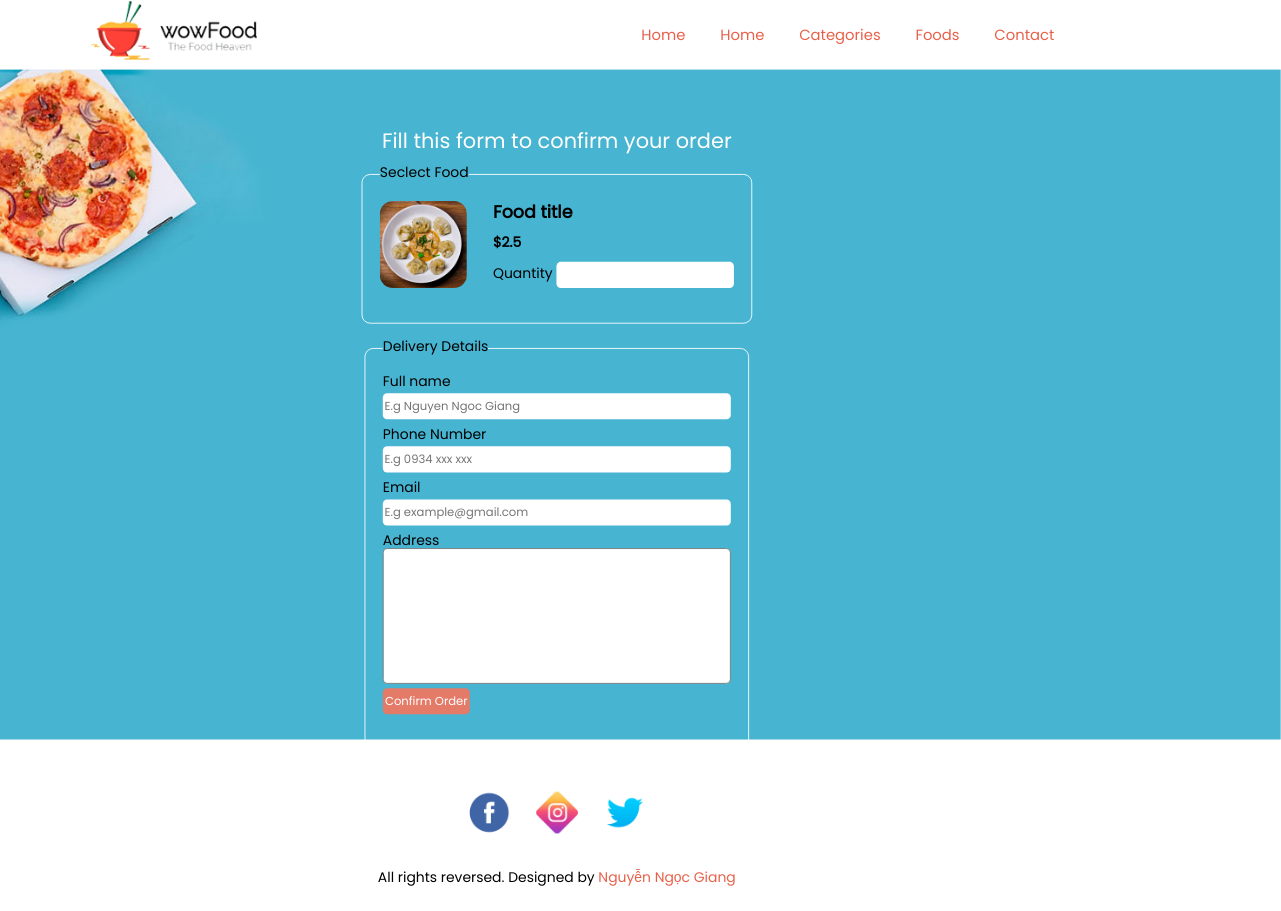
Repository: ruaruababa/WowFood
Page: order.html
These files come from the project's save history. The page is drawn as it stood at one moment and after a run of saves; the edit follows.
The browser window is 1280 px wide. The page is 1472 px wide, so the pictures cover 1472 px, including what lies to the right of the window. The pictures show the whole page, at 87% of full size.

Above is the page before, as saved 2021-09-19 22:55:07.

After the next 4 saves:
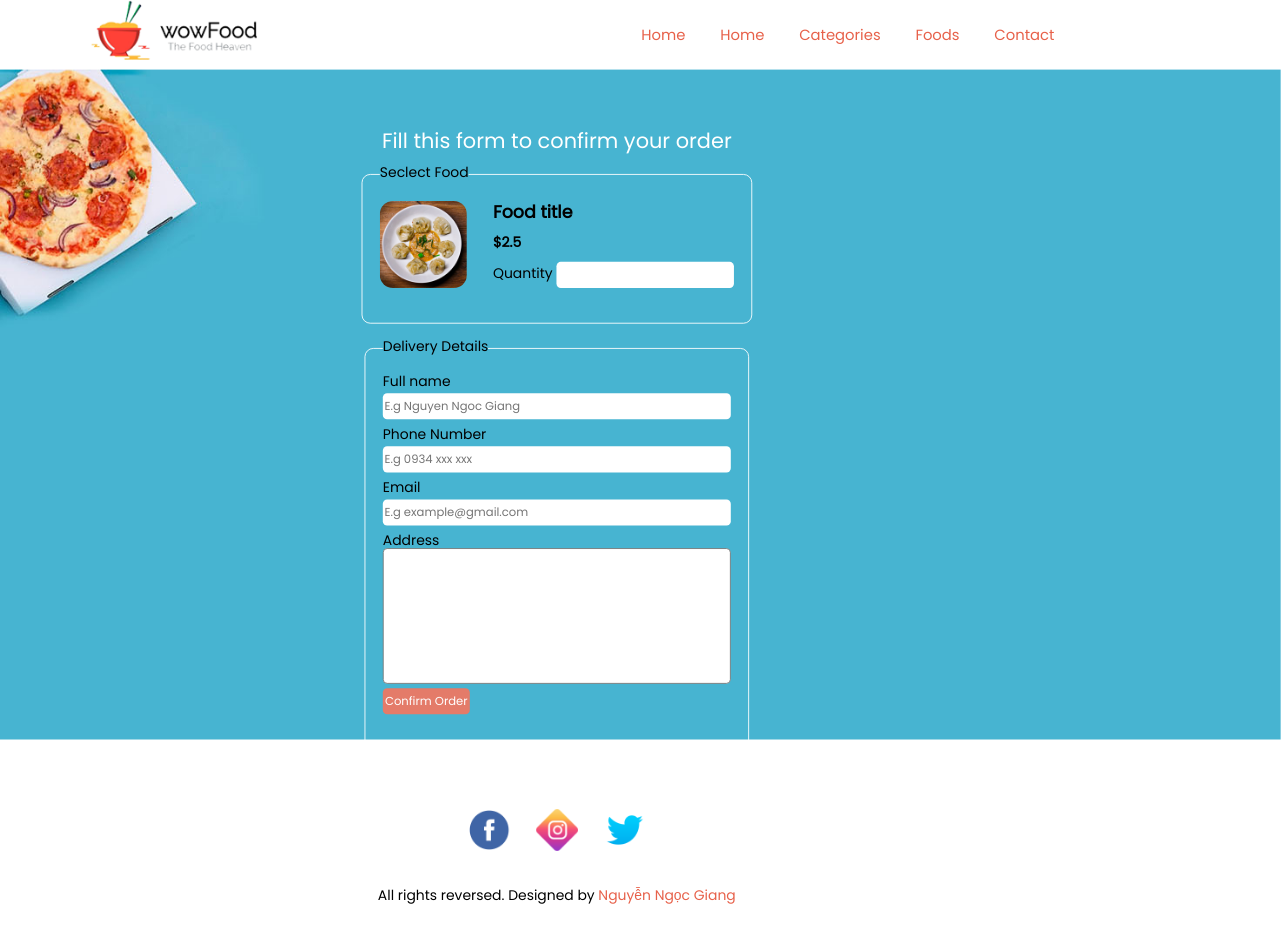
The 4 saves are shown as one change because they came seconds apart.
The last was saved 14 s later.
--- a/order.html
+++ b/order.html
@@ -31,7 +31,7 @@
             <li><a href="#">Contact</a></li>
         </ul>
     </nav>
-    <section id="section-order">
+    <section id="section-order" style="margin-bottom: 20px;">
         <img src="./bgorder.jpg" alt="" class="bgr" style="position: absolute; z-index: -1" />
         <div class="container-order">
             <form action="">

After the save that followed:
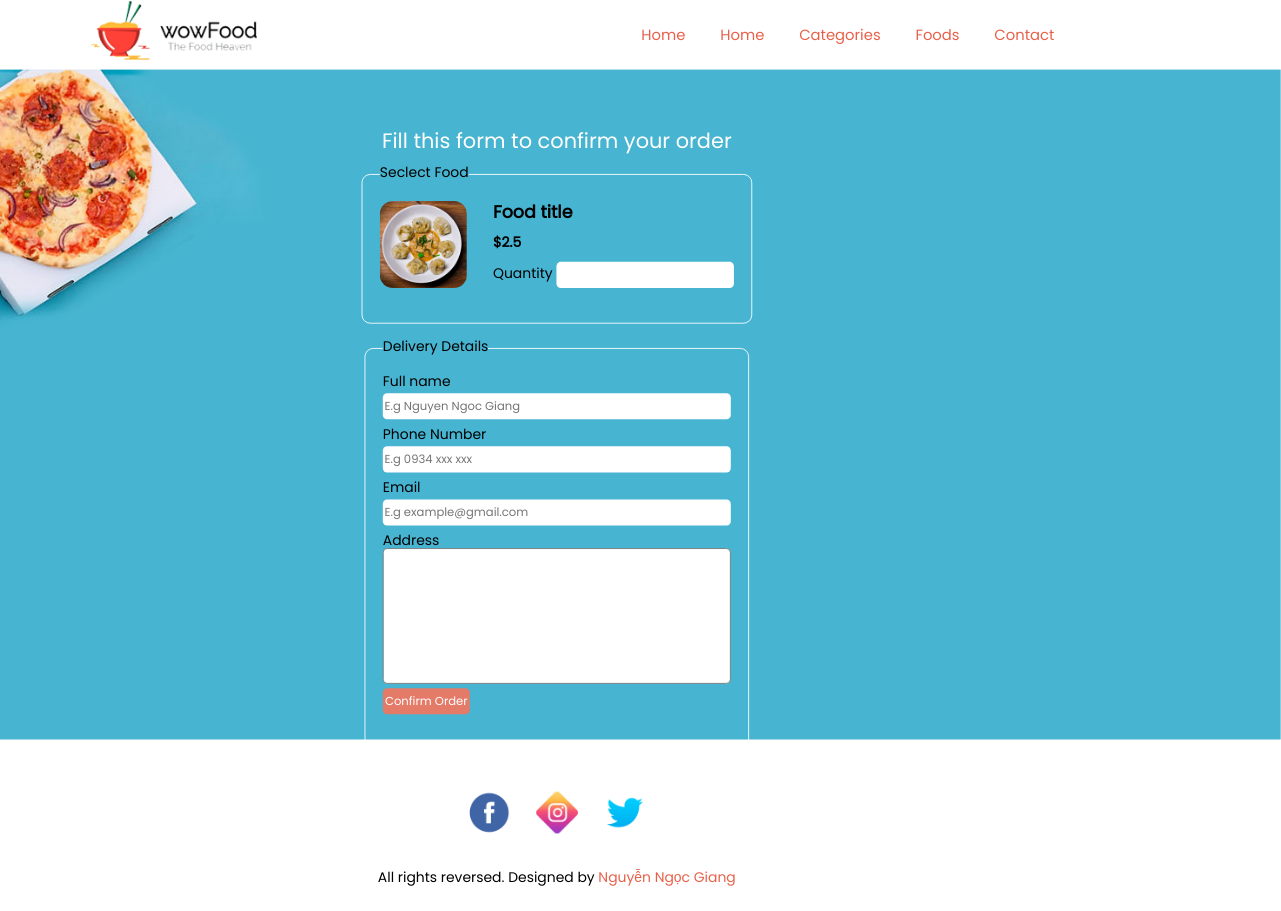
Saved 6 s later.
--- a/order.html
+++ b/order.html
@@ -31,7 +31,7 @@
             <li><a href="#">Contact</a></li>
         </ul>
     </nav>
-    <section id="section-order" style="margin-bottom: 20px;">
+    <section id="section-order" style="pd;">
         <img src="./bgorder.jpg" alt="" class="bgr" style="position: absolute; z-index: -1" />
         <div class="container-order">
             <form action="">
